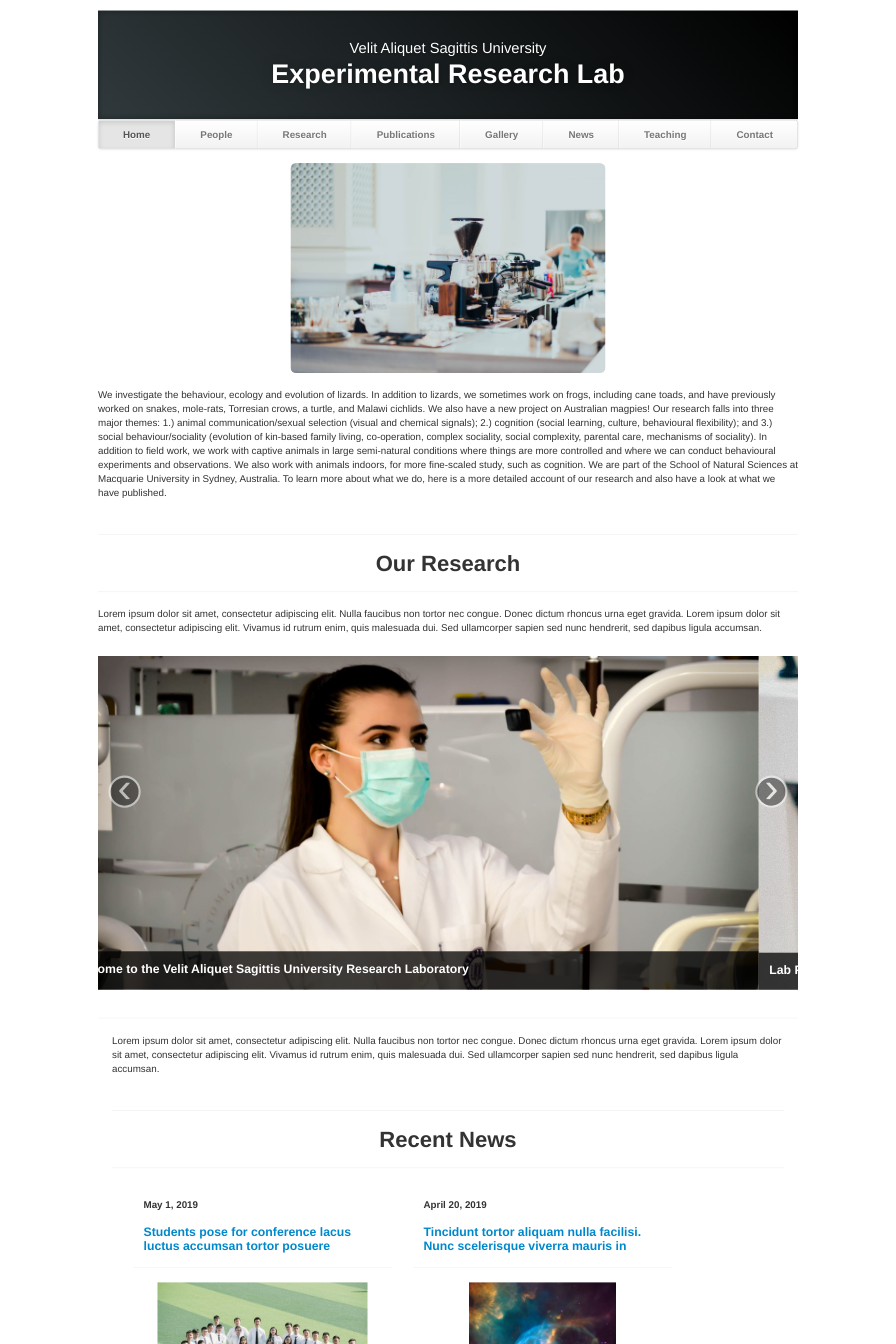
Repository: IAEUC/iaeuc.github.io
Page: index.html
The author's editor kept a copy of each file at every save. The page is drawn from the files as they stood at one save, then again after the next save.
The browser window is 1280 px wide. The pictures show the part of the page from y = 0 to 1920 px (the page is 3500 px tall), at 70% of full size.

Above is the page before, as saved 2025-08-07 17:23:15.

After the next save:
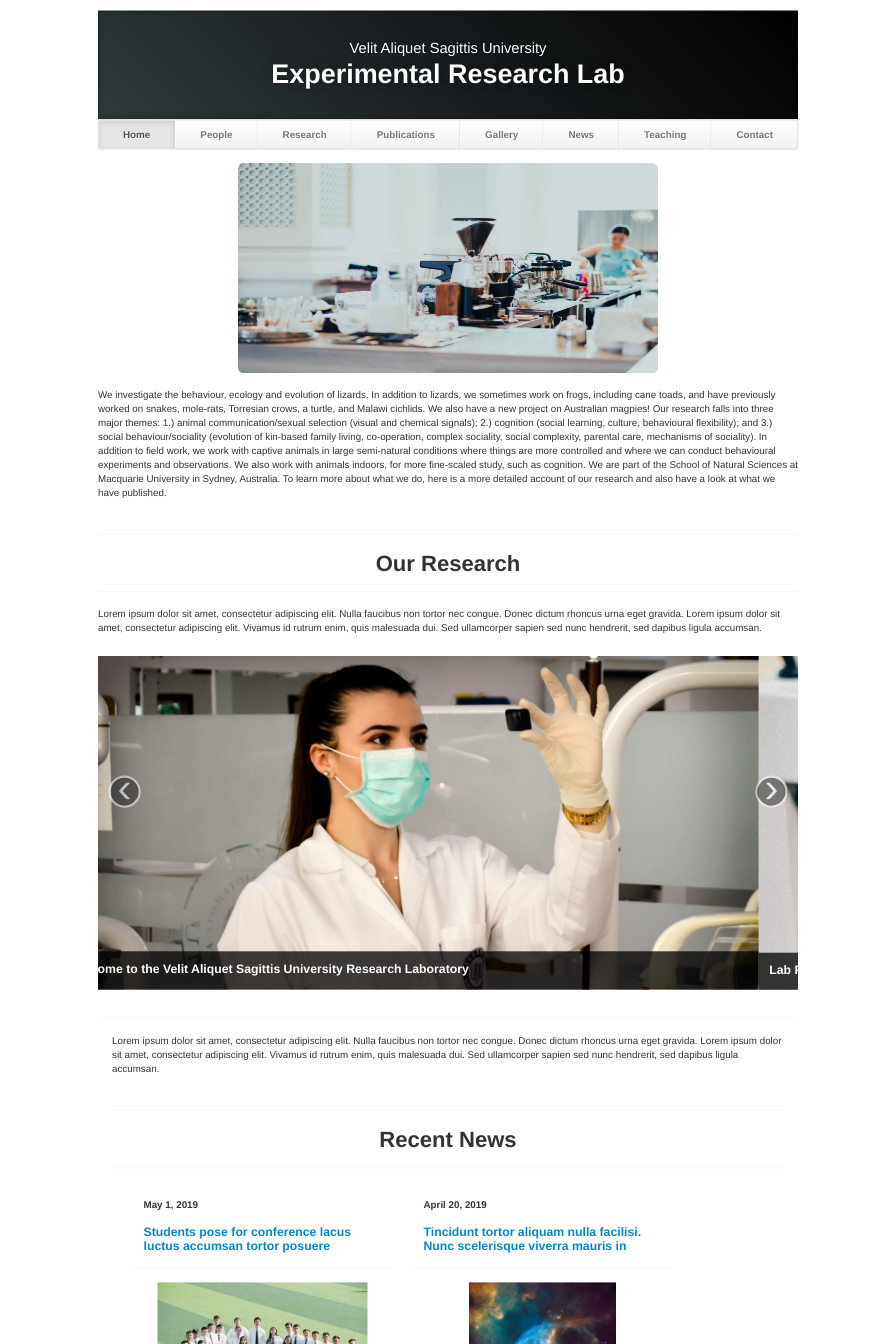
Saved 23 s later.
--- a/index.html
+++ b/index.html
@@ -39,7 +39,7 @@
          <div class="row-fluid">
             <div class="span12">
                               <div class="centered" style="margin-bottom: 20px;">
-                                 <img src="images/lab-photo.jpg" alt="Research Laboratory" style="max-height: 300px; width: auto; border-radius: 8px;">
+                                 <img src="images/lab-photo.jpg" alt="Research Laboratory" style="max-height: 300px; width: 600px; border-radius: 8px;">
                               </div>
                               <p>
                                 We investigate the behaviour, ecology and evolution of lizards. In addition to lizards, we sometimes work on frogs, including cane toads, and have previously worked on snakes, mole-rats, Torresian crows, a turtle, and Malawi cichlids. We also have a new project on Australian magpies! Our research falls into three major themes: 1.) animal communication/sexual selection (visual and chemical signals); 2.) cognition (social learning, culture, behavioural flexibility); and 3.) social behaviour/sociality (evolution of kin-based family living, co-operation, complex sociality, social complexity, parental care, mechanisms of sociality).
